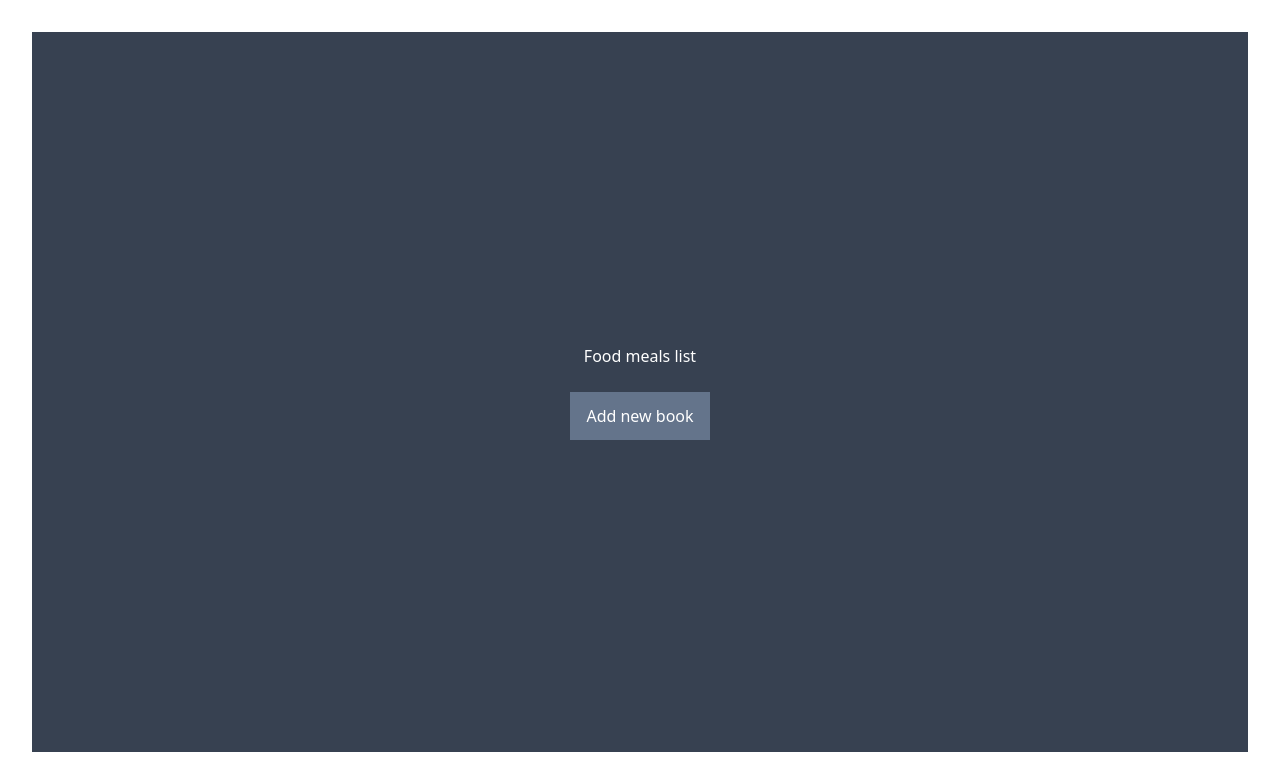
Repository: Vasil1001/fullstack-nutrition-tracker
Page: / (app in frontend/)
The author's editor kept a copy of each file at every save. The page is drawn from the files as they stood at one save, then again after the next save.
The browser window is 1280 px wide. The pictures show the whole page.
The page's requests for data from a server got no answer. The project was rebuilt for these pictures with package versions that can differ from the ones it lists, and the page was loaded fresh each time. No one was signed in, and anything a server would have sent is missing. Also part of the build but not shown: frontend/vite.config.js, frontend/src/pages/Add.jsx, frontend/src/pages/Update.jsx.

Above is the page before, as saved 2023-05-21 16:11:57.

### frontend/src/App.jsx
import { useState } from 'react'
import reactLogo from './assets/react.svg'
import viteLogo from '/vite.svg'
import './App.css'
import { BrowserRouter, Routes, Route } from 'react-router-dom'
import Books from './pages/Books'
import Add from './pages/Add'
import Update from './pages/Update'

function App() {
  return (
    <div className="bg-gray-700">
      <div className="max-w-screen mx-auto flex min-h-screen flex-col justify-center bg-gray-700 px-10 xl:w-10/12  ">
        <BrowserRouter>
          <Routes>
            <Route path="/" element={<Books />} />
            <Route path="/add" element={<Add />} />
            <Route path="/update" element={<Update />} />
          </Routes>
        </BrowserRouter>
      </div>
    </div>
  )
}

export default App

### frontend/src/pages/Books.jsx
import axios, { Axios } from 'axios'
import React, { useEffect, useState } from 'react'
import { Link } from 'react-router-dom'

export default function Books() {
  const [books, setBooks] = React.useState([])

  //   const fetchBooks = async () => {
  //     const response = await fetch('http://localhost:8080/books')
  //     const data = await response.json()
  //     setBooks(data)
  //     console.log(data)
  //   }

  useEffect(() => {
    async function fetchAllBooks() {
      try {
        const response = await axios.get('http://localhost:8080/books')
        setBooks(response.data)
        console.log(response)
      } catch (error) {
        console.log(error)
      }
    }
    fetchAllBooks()
  }, [])

  return (
    <div className="flex flex-col justify-center items-center text-white">
      <h1>Food meals list</h1>
      <div className="flex gap-5 mt-6 justify-center">
        {books.map((book) => (
          <div className="p-6 bg-slate-400" key={book.id}>
            <h1>{book.title}</h1>
            {book.cover && <img src={book.cover} alt={book.title} />}
            <p>{book.desc}</p>
            <span>{book.price}</span>
          </div>
        ))}
      </div>
      <button className='p-3 px-4 bg-slate-500'>
        <Link to="/add">Add new book</Link>
      </button>
    </div>
  )
}

### frontend/tailwind.config.js
/** @type {import('tailwindcss').Config} */
export default {
  content: [
    "./index.html",
    "./src/**/*.{js,ts,jsx,tsx}",
  ],
  theme: {
    extend: {},
  },
  plugins: [require("tailwindcss-animate")],
}

Loaded but not shown: frontend/index.html (common file); frontend/src/main.jsx (common file); frontend/src/index.css (common file); frontend/src/App.css (common file)

After the next save:
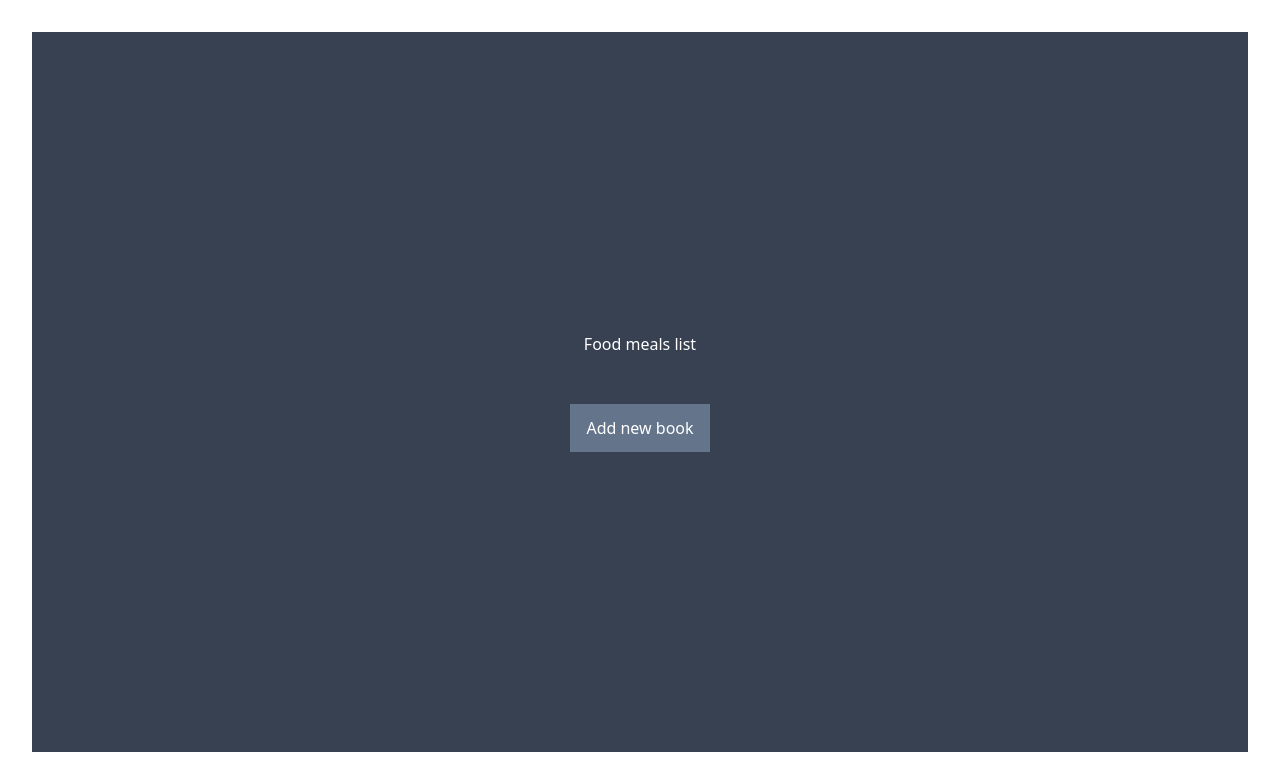
Saved 5 s later.
--- a/frontend/src/pages/Books.jsx
+++ b/frontend/src/pages/Books.jsx
@@ -38,7 +38,7 @@ export default function Books() {
           </div>
         ))}
       </div>
-      <button className='p-3 px-4 bg-slate-500'>
+      <button className='p-3 px-4 bg-slate-500 mt-6'>
         <Link to="/add">Add new book</Link>
       </button>
     </div>
